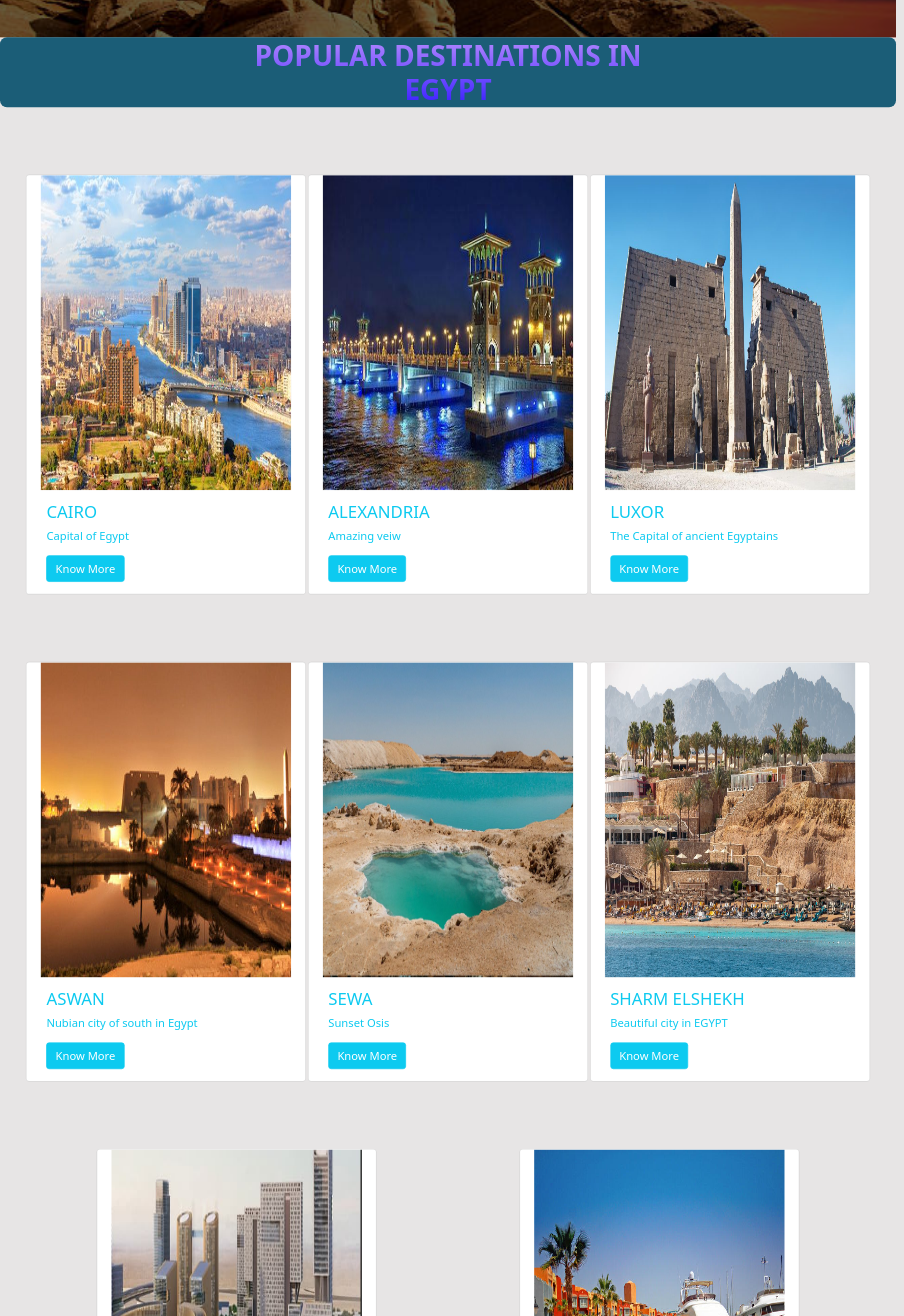
Repository: Ahmed123rezk123/P-temp
Page: index.html
These files come from the project's save history. The page is drawn as it stood at one moment and after a run of saves; the edit follows.
The browser window is 1280 px wide. The page is 1292 px wide, so the pictures cover 1292 px, including what lies to the right of the window. The pictures show the part of the page from y = 3396 to 5276 px (the page is 6226 px tall), at 70% of full size.
Backgrounds fixed to the window are drawn as part of the page.

Above is the page before, as saved 2024-02-18 11:58:06.

After the next 2 saves:
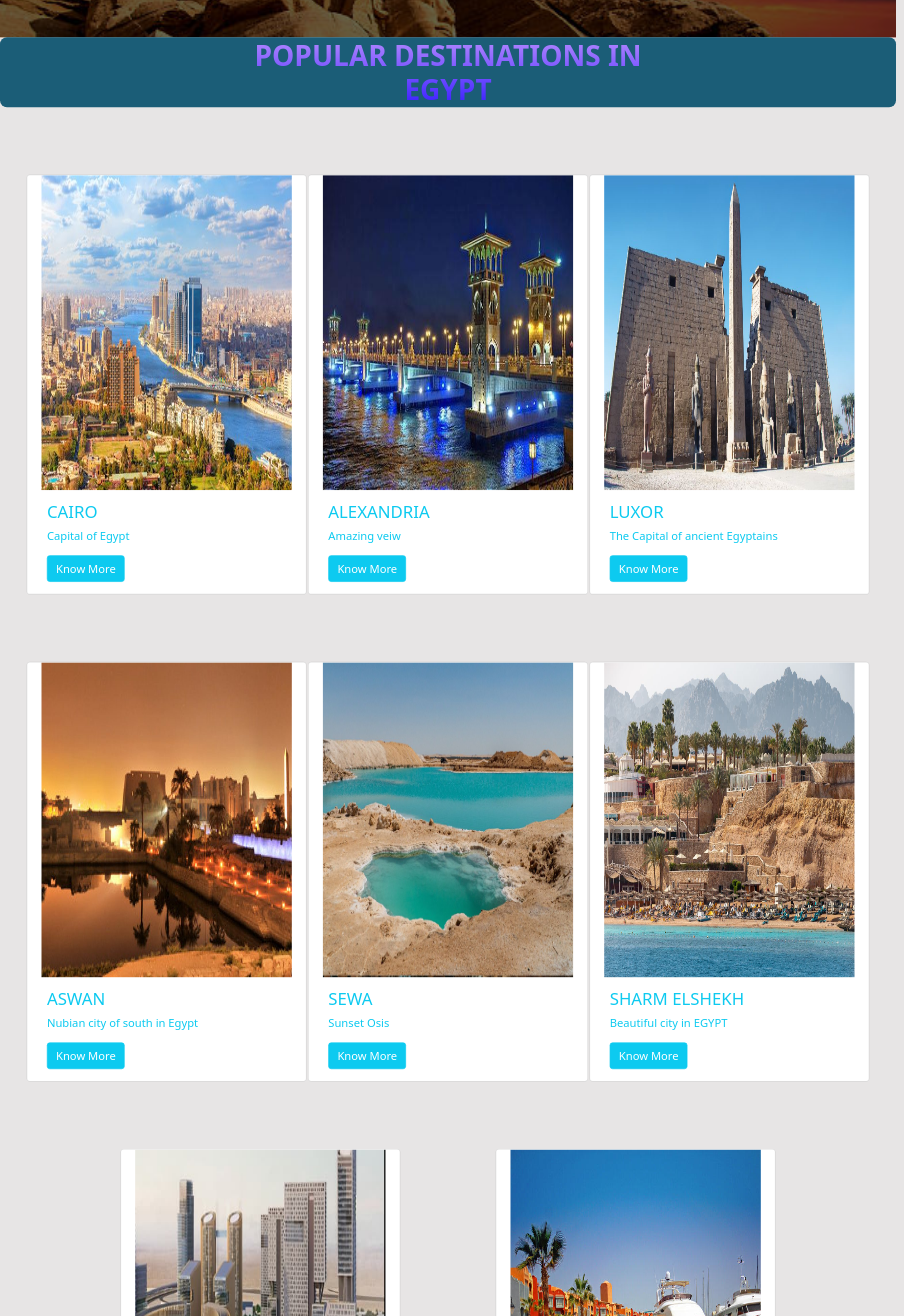
The 2 saves are shown as one change because they came seconds apart.
The last was saved 59 min 33 s later.
--- a/index.html
+++ b/index.html
@@ -367,7 +367,7 @@
 
   <!-- Start Section 13 -->
     <div class="section13 ">
-      <div class="row  d-flex justify-content-around p-5">
+      <div class="row  d-flex justify-content-evenly p-5">
       <div class="col-sm-4 card rounded-3" style="width:400px; height: 600px;">
         <img class="card-img-top rounded-top img-fluid ps-2 pe-2 " style="height: 450px;" src="images/cairo-city-egypt-2020(visit).jpg" alt="Card image">
         <div class="card-body">
@@ -395,7 +395,7 @@
         </div>
       </div>
       </div>
-      <div class="row d-flex justify-content-around p-5">
+      <div class="row d-flex justify-content-evenly p-5">
       <div class="col-sm-4 card rounded-3" style="width:400px; height: 600px;">
         <img class="card-img-top rounded-top img-fluid ps-2 pe-2 " style="height: 450px;" src="images/visit2(aswan).jpg" alt="Card image">
         <div class="card-body">
@@ -423,7 +423,7 @@
         </div>
       </div>
 </div>
-      <div class="row d-flex justify-content-around p-5">
+      <div class="row d-flex justify-content-evenly p-5">
       <div class=" col-sm-6 card rounded-3" style="width:400px; height: 600px;">
         <img class="card-img-top rounded-top img-fluid ps-2 pe-2 " style="height: 450px;" src="images/new bulidimg.jpg" alt="Card image">
         <div class="card-body">

After the save that followed:
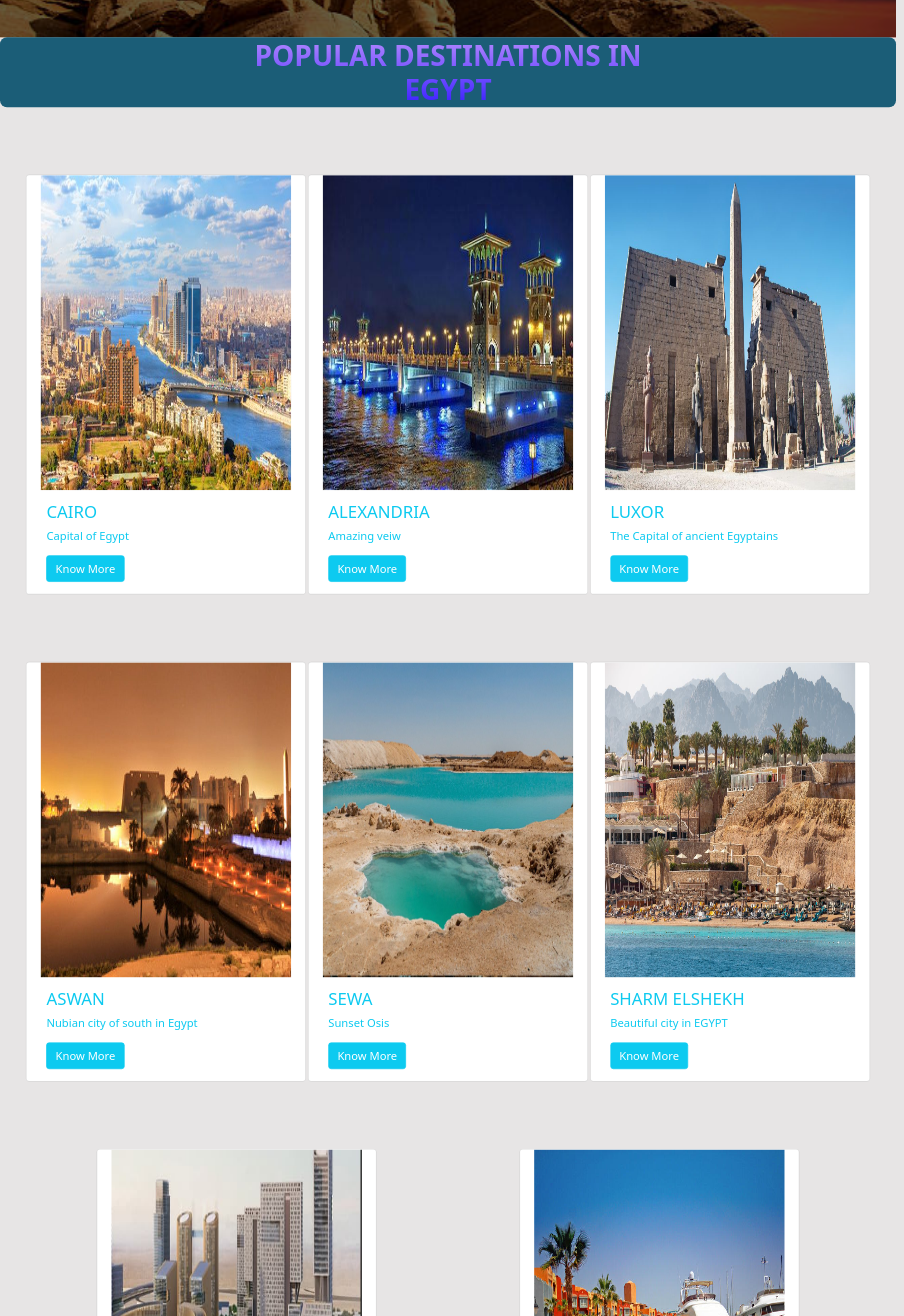
Saved 35 s later.
--- a/index.html
+++ b/index.html
@@ -367,7 +367,7 @@
 
   <!-- Start Section 13 -->
     <div class="section13 ">
-      <div class="row  d-flex justify-content-evenly p-5">
+      <div class="row  d-flex justify-content-around p-5">
       <div class="col-sm-4 card rounded-3" style="width:400px; height: 600px;">
         <img class="card-img-top rounded-top img-fluid ps-2 pe-2 " style="height: 450px;" src="images/cairo-city-egypt-2020(visit).jpg" alt="Card image">
         <div class="card-body">
@@ -395,7 +395,7 @@
         </div>
       </div>
       </div>
-      <div class="row d-flex justify-content-evenly p-5">
+      <div class="row d-flex justify-content-around p-5">
       <div class="col-sm-4 card rounded-3" style="width:400px; height: 600px;">
         <img class="card-img-top rounded-top img-fluid ps-2 pe-2 " style="height: 450px;" src="images/visit2(aswan).jpg" alt="Card image">
         <div class="card-body">
@@ -423,7 +423,7 @@
         </div>
       </div>
 </div>
-      <div class="row d-flex justify-content-evenly p-5">
+      <div class="row d-flex justify-content-around p-5">
       <div class=" col-sm-6 card rounded-3" style="width:400px; height: 600px;">
         <img class="card-img-top rounded-top img-fluid ps-2 pe-2 " style="height: 450px;" src="images/new bulidimg.jpg" alt="Card image">
         <div class="card-body">
